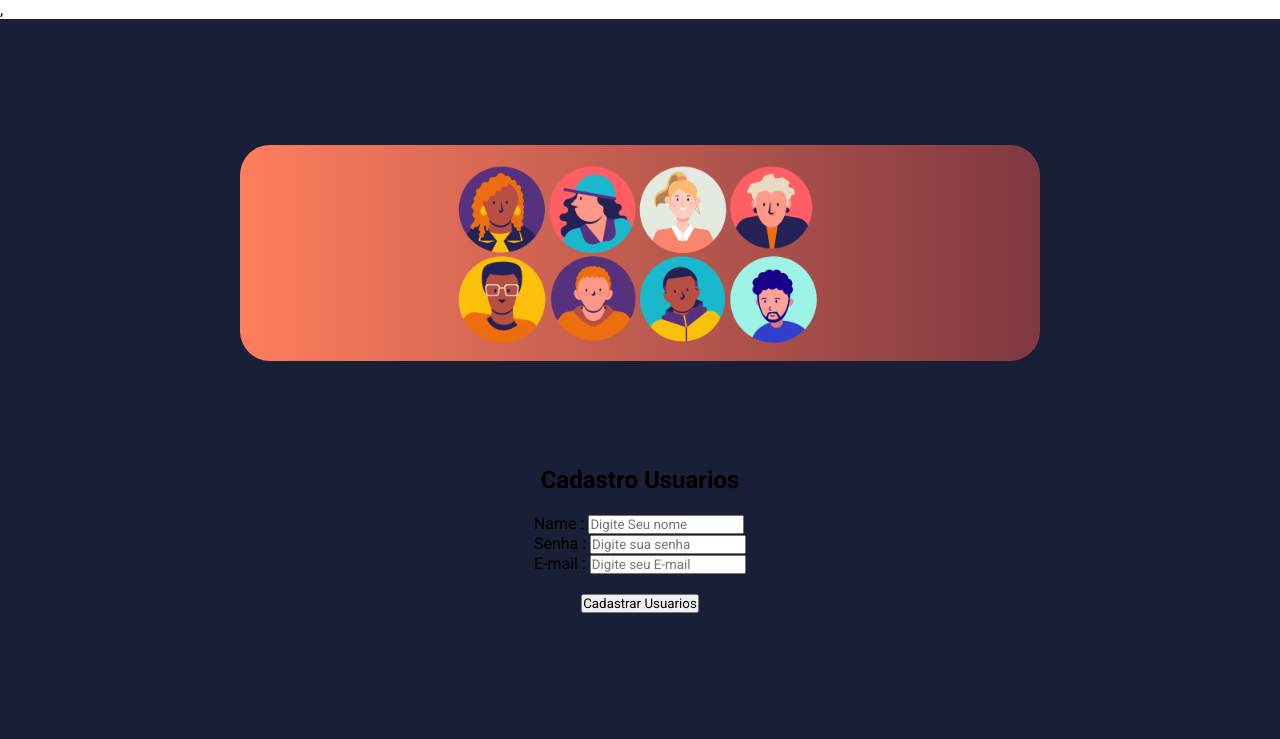
Repository: lcluizrj/meu-projeto-vscode
Page: / (app in cadastro-usuarios-devclub/)
An editor plug-in stored every save of this project. The page is shown before and after a run of saves, followed by the edit.
The browser window is 1280 px wide. The pictures show the whole page.
The project was rebuilt for these pictures with package versions that can differ from the ones it lists, and the page was loaded fresh each time. Also part of the build but not shown: cadastro-usuarios-devclub/vite.config.js.

Above is the page before, as saved 2026-08-15 17:16:08.

### cadastro-usuarios-devclub/index.html
<!doctype html>
<html lang="en">
  <head>
    <meta charset="UTF-8" />
    <link rel="icon" type="image/svg+xml" href="/favicon.svg" />
    <meta name="viewport" content="width=device-width, initial-scale=1.0" />
    <title>cadastro-usuarios-devclub</title>
    <link rel="preconnect" href="https://fonts.googleapis.com">
    <link rel="preconnect" href="https://fonts.gstatic.com" crossorigin>
    <link href="https://fonts.googleapis.com/css2?family=Poppins:wght@300;600&family=Roboto:ital,wght@0,100..900;1,100..900&display=swap" rel="stylesheet">
  </head>
  <body>
    <div id="root"></div>
    <script type="module" src="/src/main.jsx"></script>
  </body>
</html>

### cadastro-usuarios-devclub/src/main.jsx
import React from 'react'
import ReactDOM from 'react-dom/client'
import {GlobalStyles} from './styles/GlobalStyles.js'
import App from './App.jsx'

ReactDOM.createRoot(document.getElementById('root')).render(
  <React.StrictMode>
    <GlobalStyles/>,
    <App />
  </React.StrictMode>,
)

### cadastro-usuarios-devclub/src/styles/GlobalStyles.js
import { createGlobalStyle } from 'styled-components';

export const GlobalStyles = createGlobalStyle`
      *{
        margin: 0;
        padding:0;
        box-sizing:border-box;
        font-family: "Roboto", sans-serif;
       }

`

### cadastro-usuarios-devclub/src/App.jsx
import {Title, Container, Topbackground, Form, ContainerInputs, InputLabel, Input, Button} from "./styles"

import UsersImage from './assets/users.png'

function Home() {

return (
  <Container>
    <Topbackground>
      <img src={UsersImage} alt="Imagens-Usuarios" />
    </Topbackground>

    <Form>
      <Title> Cadastro Usuarios </Title>
      <ContainerInputs>
      <div>
         <div>
         <InputLabel>
         Name <span>: </span>
         </InputLabel>
         <Input type="text" placeholder="Digite Seu nome" />
         </div>

         <div>
         <InputLabel >
          Senha <span>: </span>
          </InputLabel>
         <Input type="number" placeholder="Digite sua senha"/>
         </div>

      </div>
         <div>
         <InputLabel >
          E-mail <span>: </span>
          </InputLabel>
         <Input type="e-mail" placeholder="Digite seu E-mail"/>
         </div>
      </ContainerInputs>
         <Button>Cadastrar Usuarios</Button>
    </Form>


  </Container>
)

}

export default Home

### cadastro-usuarios-devclub/src/styles.js
import styled from 'styled-components'

export const Container = styled.div `
      background-color: #181f36;
      display: flex;
      flex-direction: column;
      align-items: center;
      justify-content: space-evenly;
      padding: 20px;
      height: 100vh;
`

export const Topbackground= styled.div`
      display: flex;
      align-items: center;
      justify-content: center;
      background:linear-gradient(to right, #fe7e5d,#7f3841) ;
      height: 30vh;
      width: 90vw;
      max-width: 800px;
      border-radius: 30px;

img{
      max-width: 100%;
      max-height: 100%;
   }
`

export const Form = styled.form`
      display: flex;
      flex-direction: column;
      align-items: center;
      gap: 20px;
      max-width: 500px;

`
export const Title = styled.h2 `
      color: ;


`

export const ContainerInputs = styled.div``

export const Input = styled.input``

export const InputLabel = styled.label``

export const Button = styled.button ``

After the next 2 saves:
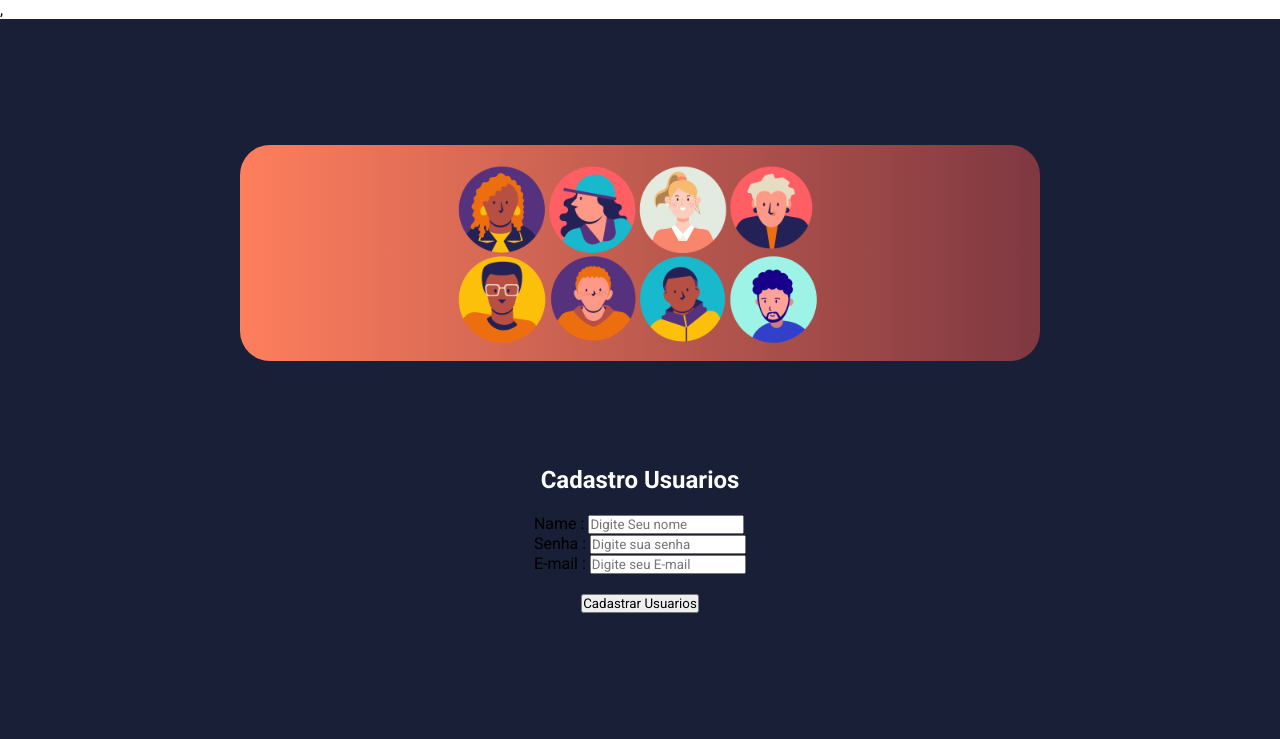
The 2 saves are shown as one change because they came seconds apart.
The last was saved 6 s later.
--- a/cadastro-usuarios-devclub/src/styles.js
+++ b/cadastro-usuarios-devclub/src/styles.js
@@ -35,7 +35,8 @@ export const Form = styled.form`
 
 `
 export const Title = styled.h2 `
-      color: ;
+      color:#fff ;
+
 
 
 `
